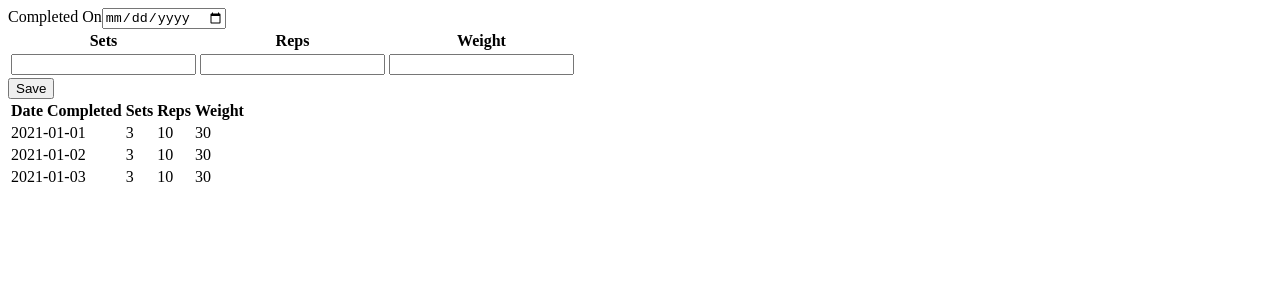
Repository: Kayla-amr/Exercise-Tracking-App
Page: / (app in exerciseTracking/)
The author's editor kept a copy of each file at every save. The page is drawn from the files as they stood at one save, then again after the next save.
The browser window is 1280 px wide. The pictures show the whole page.
The project was rebuilt for these pictures with package versions that can differ from the ones it lists, and the page was loaded fresh each time. Also part of the build but not shown: exerciseTracking/vite.config.ts, exerciseTracking/src/assets/main.css.

Above is the page before, as saved 2023-03-17 13:34:34.

### exerciseTracking/src/main.ts
import { createApp } from 'vue'
import App from './App.vue'

import './assets/main.css'

const app = createApp(App)

app.mount('#app')

### exerciseTracking/src/App.vue
<script setup>
import trackingForm from './components/trackingForm.vue'
import trackingHistory from './components/trackingHistory.vue'
</script>

<template>
    <div id="app">
        <tracking-form />
        <tracking-history :exercises="exercises" />

    </div>
</template>

<script>
export default{
    name: 'app',
    components: {
        trackingForm,
        trackingHistory
    },
    data() {
        return {
            exercises: [
              {
                id: 1,
                date: '2021-01-01',
                sets: '3',
                reps: '10',
                weight: '30'
              },
              {
                id: 2,
                date: '2021-01-02',
                sets: '3',
                reps: '10',
                weight: '30'
              },
              {
                id: 3,
                date: '2021-01-03',
                sets: '3',
                reps: '10',
                weight: '30'
              }
            ]
        }
    }
}
</script>

### exerciseTracking/src/components/trackingForm.vue
<template>
    <div id="tracking-form">
        <form @submit.prevent="handleSubmit">
            <label for="date">Completed On</label>
            <input type="date" v-model="date">
            <table>
                <thead>
                    <tr>
                        <th>Sets</th>
                        <th>Reps</th>
                        <th>Weight</th>
                    </tr>
                </thead>
                <tbody>
                    <tr>
                        <td><input type="text" v-model="sets"></td>
                        <td><input type="number" v-model="reps"></td>
                        <td><input type="number" v-model="weight"></td>
                    </tr>
                </tbody>
            </table>
            <button type="submit">Save</button>
        </form>
    </div>
</template>


<script>
export default {
    name: 'tracking-form',
    data() {
        return {
            exercises: {
                date: '',
                sets: '',
                reps: '',
                weight: ''
            }
        }
    }
}
</script>

### exerciseTracking/src/components/trackingHistory.vue
<template>
    <div id="tracking-history">
        <table>
            <thead>
                <tr>
                    <th>Date Completed</th>
                    <th>Sets</th>
                    <th>Reps</th>
                    <th>Weight</th>
                </tr>
            </thead>
            <tbody>
                <tr v-for="exercise in exercises" :key="exercise.id">
                    <td>{{ exercise.date }}</td>
                    <td>{{ exercise.sets }}</td>
                    <td>{{ exercise.reps }}</td>
                    <td>{{ exercise.weight }}</td>
                </tr>
            </tbody>
        </table>
    </div>
</template>

<script>
export default{
    name: 'tracking-history',
    props: {
        exercises: {
            type: Array
        }
    }
}
</script>

<style>
th,
</style>

Loaded but not shown: exerciseTracking/index.html (common file)

After the next save:
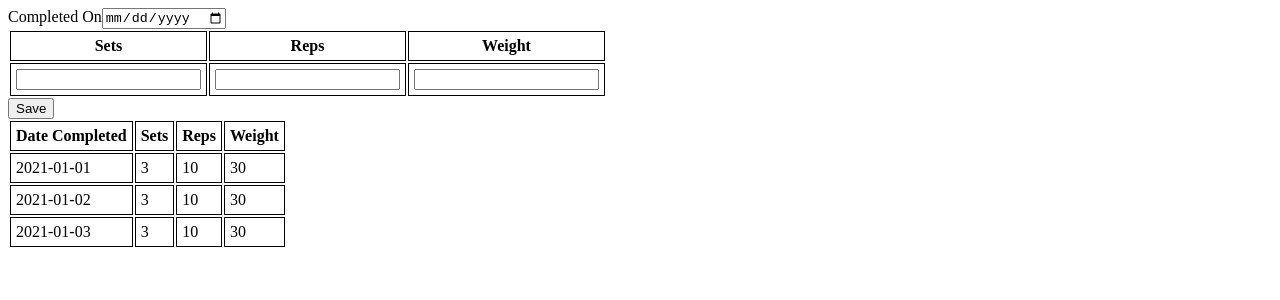
Saved 4 s later.
--- a/exerciseTracking/src/components/trackingHistory.vue
+++ b/exerciseTracking/src/components/trackingHistory.vue
@@ -33,5 +33,8 @@ export default{
 </script>
 
 <style>
-th,
+th, td {
+    border: 1px solid black;
+    padding: 5px;
+}
 </style>
